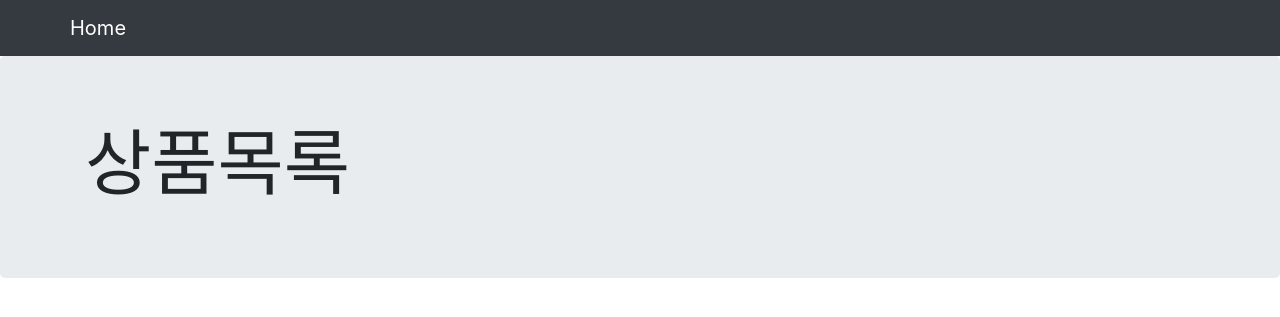
Repository: mi-ci/ai
Page: http://localhost/WebMarket/Products.jsp
These files come from the project's save history. The page is drawn as it stood at one moment and after the next save; the edit follows.
The browser window is 1280 px wide. The pictures show the whole page.
The page is served by Tomcat 9.

Above is the page before, as saved 2024-01-18 05:53:02.

After the next save:
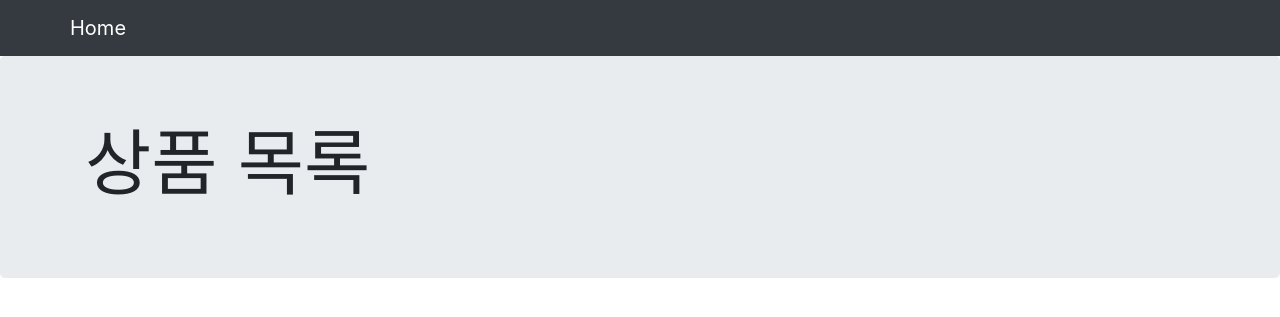
Saved 14 s later.
--- a/WebMarket/src/main/webapp/Products.jsp
+++ b/WebMarket/src/main/webapp/Products.jsp
@@ -11,7 +11,7 @@
 	<jsp:include page="menu.jsp"></jsp:include>
 	<div class = "jumbotron">
 		<div class = "container">
-			<h1 class="display-3">상품목록</h1>
+			<h1 class="display-3">상품 목록</h1>
 		</div>
 	</div>
 
